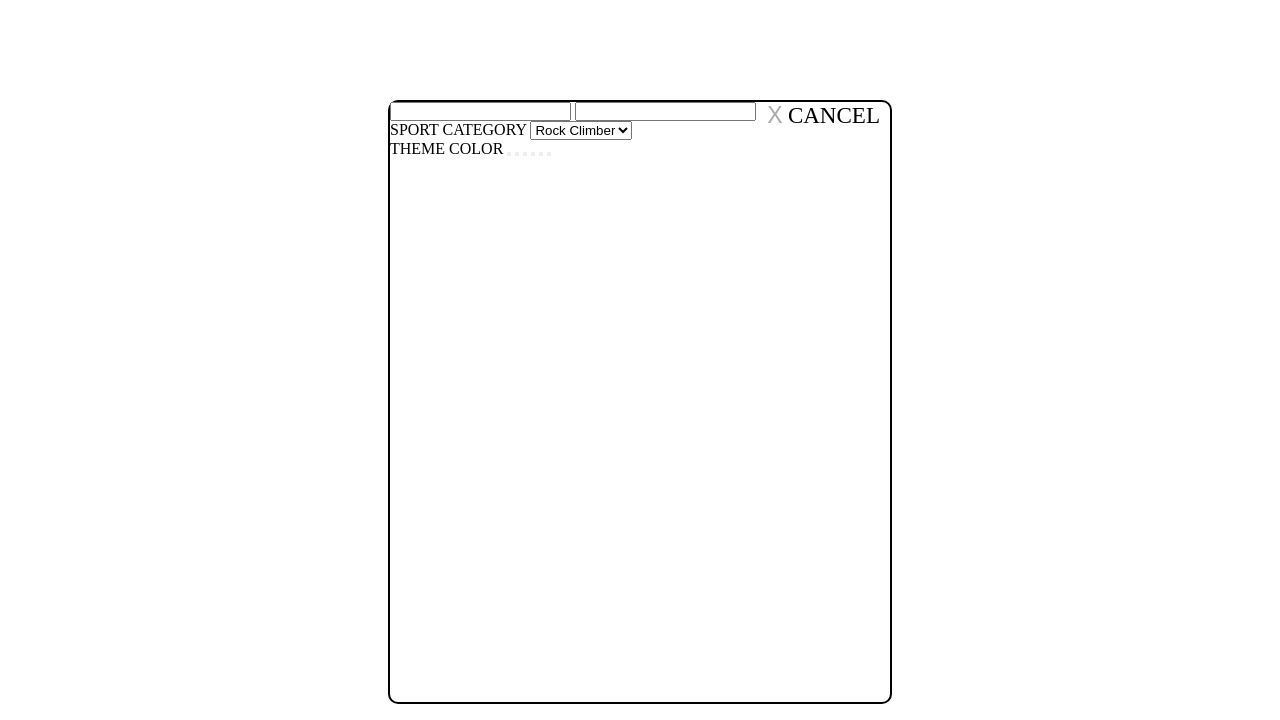
Repository: zRush1202/LoginPage-demo
Page: dom/exercise/login.html
An editor plug-in stored every save of this project. The page is shown before and after the next save, followed by the edit.
The browser window is 1280 px wide. The pictures show the whole page.

Above is the page before, as saved 2023-09-17 09:12:32.

After the next save:
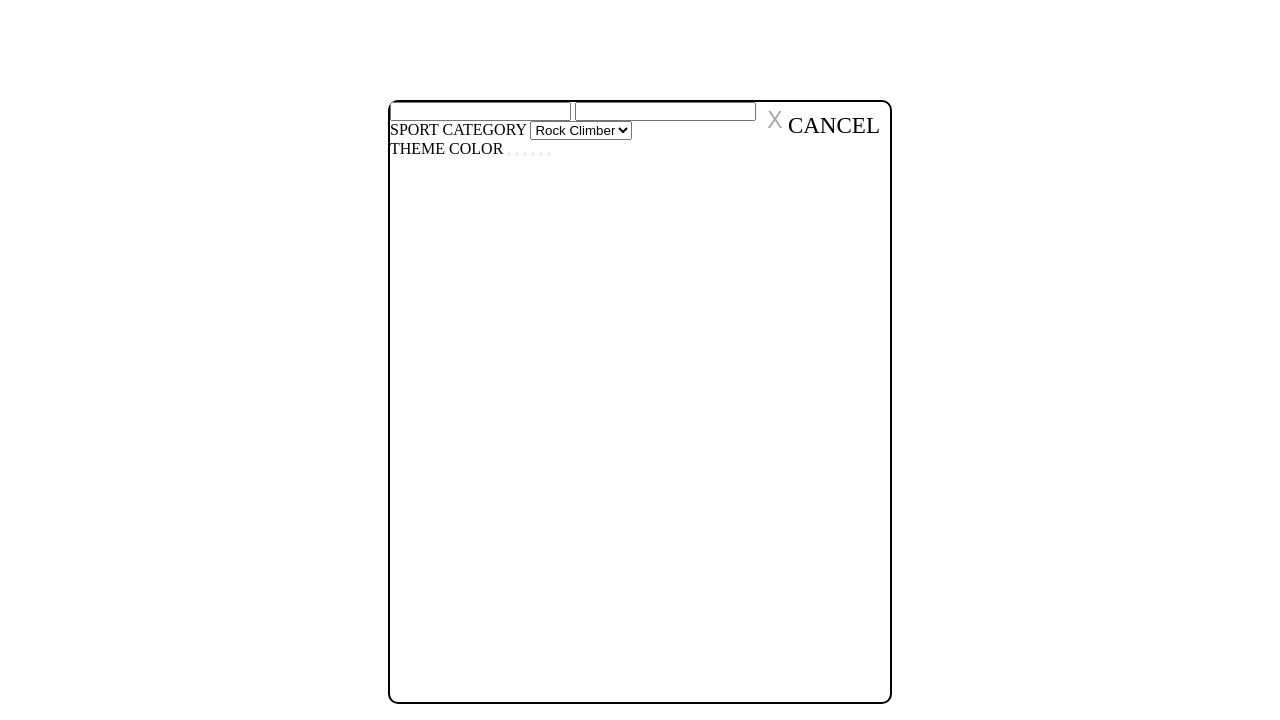
Saved 7 s later.
--- a/dom/exercise/login.css
+++ b/dom/exercise/login.css
@@ -25,7 +25,7 @@ body {
 .cancel {
     position: absolute;
     right: 5px;
-    height: 5px;
+    top: 5px;
 }
 
 .cancel {
